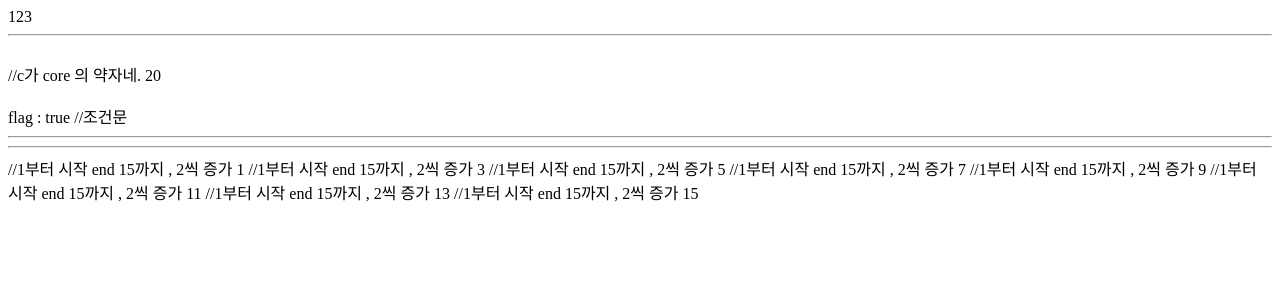
Repository: GotChun/DH_JSP
Page: http://localhost/01_JSP/C08/02JSTL/01.jsp
These files come from the project's save history. The page is drawn as it stood at one moment and after the next save; the edit follows.
The browser window is 1280 px wide. The pictures show the whole page.
The page is served by Tomcat 9. Other server files are loaded and not shown.

Above is the page before, as saved 2024-10-24 01:20:23.

### 01_JSP/src/main/webapp/C08/02JSTL/01.jsp
<%@ page language="java" contentType="text/html; charset=UTF-8"
    pageEncoding="UTF-8"%>
    <%@ taglib prefix="c" uri="http://java.sun.com/jsp/jstl/core" %>
<!DOCTYPE html>
<html>
<head>
<meta charset="UTF-8">
<title>Insert title here</title>
</head>
<body>

<!-- 변수 선언 -->
<c:set var="num" value="123" />
<!-- 변수 출력 -->
<c:out value="${num }"/>

<hr>

<!-- 배열 선언 -->
<c:set var="arr" value="${ [10,20,30,40,50] }"/><br>   //c가 core 의 약자네.

<c:out value="${arr[1] }"/><br><br>

<!-- IF -->
<c:set var = "flag" value="true"/>
<c:if test="${empty flag }">
	<c:out value="flag empty..." />
</c:if>
<c:if test="${not empty flag }">
	<c:out value="flag : ${flag}"></c:out>
</c:if>  //조건문

<hr>

<!-- CHOOSE WHEN -->
<%-- 	<c:set/>
	<c:choose>
		<c:when test="${str eq 'a' }">
			<c:out value="[CHOOSE] A"/>
		</c:when>
		<c:when test="${str eq 'b' }">
			<c:out value="[CHOOSE] B"/>
		</c:when>
		<c:when test="${str eq 'c' }">
			<c:out value="[CHOOSE] C "/>
		</c:when>
		<c:otherwise>
			<c:out value="[CHOOSE] ETC"/>
		</c:otherwise>
	</c:choose> --%>

	<hr>
	<!-- foreach -->
	<c:set var="end" value="15"/>
	<c:forEach var="i" begin="1" end="${end }" step="2">  //1부터 시작 end 15까지 , 2씩 증가
		<c:out value="${i }"/>
	</c:forEach>



</body>
</html>

After the next save:
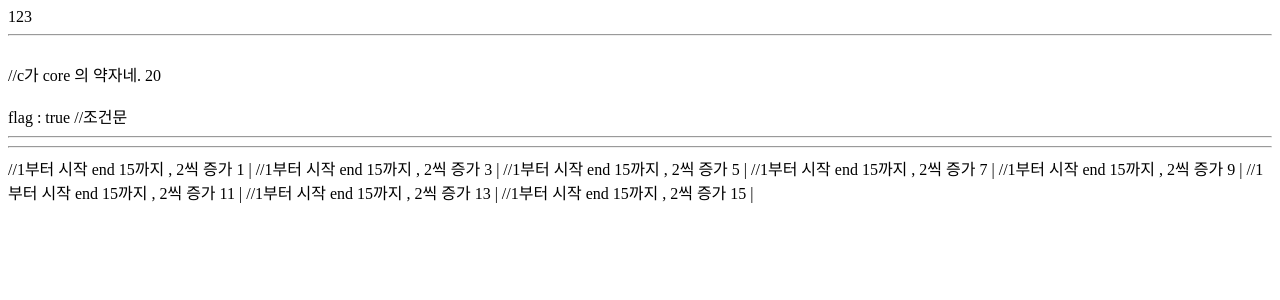
Saved 8 s later.
--- a/01_JSP/src/main/webapp/C08/02JSTL/01.jsp
+++ b/01_JSP/src/main/webapp/C08/02JSTL/01.jsp
@@ -53,7 +53,7 @@
 	<!-- foreach -->
 	<c:set var="end" value="15"/>
 	<c:forEach var="i" begin="1" end="${end }" step="2">  //1부터 시작 end 15까지 , 2씩 증가
-		<c:out value="${i }"/>
+		<c:out value="${i }"/> |
 	</c:forEach>
 
 
